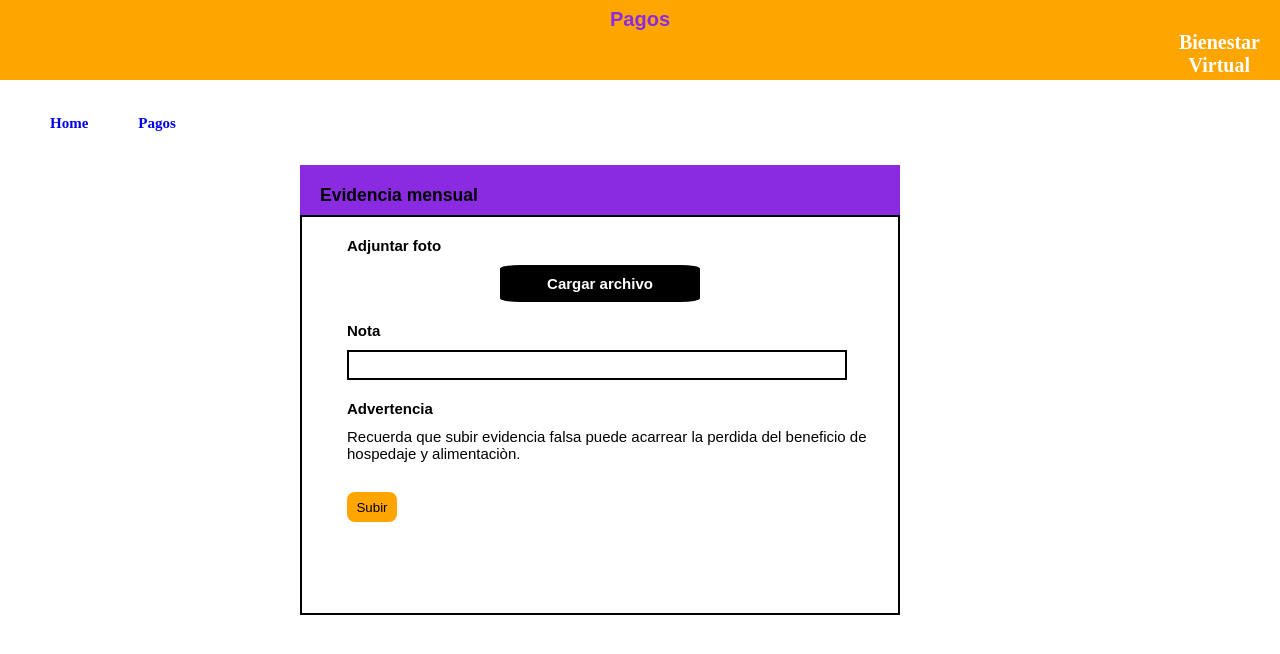
Repository: Diani123/Mis-actividades
Page: softwarebienestarinstitucional/pagos.html
An editor plug-in stored every save of this project. The page is shown before and after the next save, followed by the edit.
The browser window is 1280 px wide. The pictures show the whole page.

Above is the page before, as saved 2023-02-12 20:03:02.

After the next save:
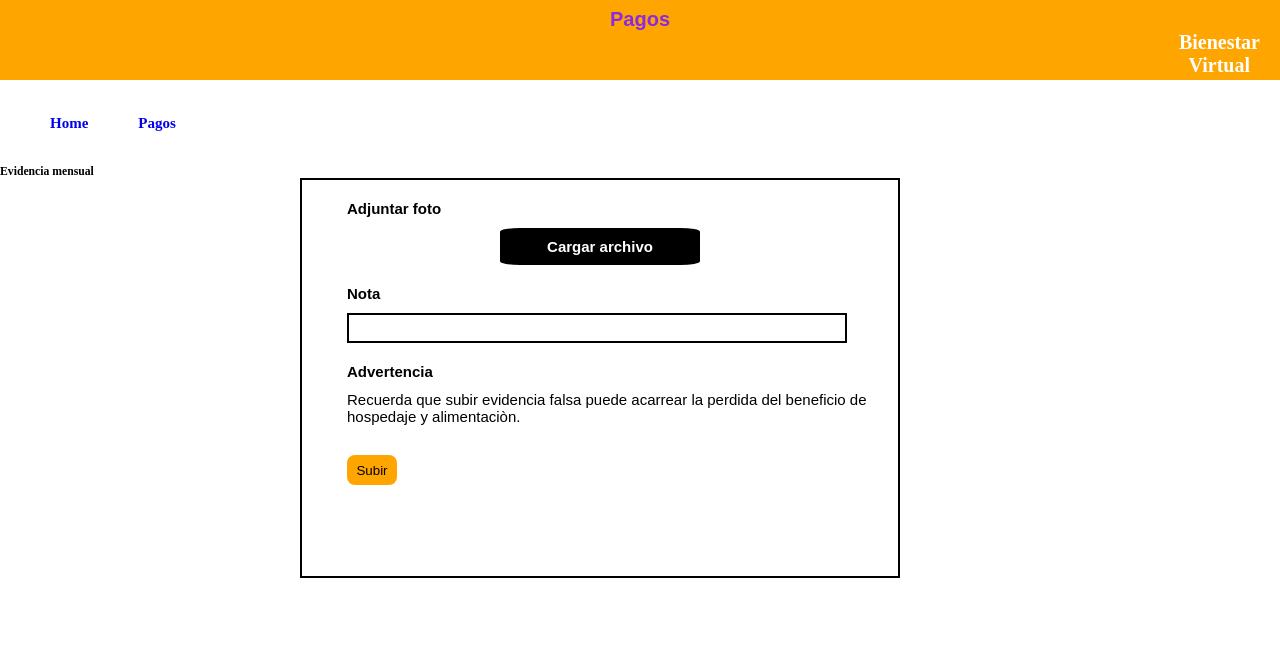
Saved 26 s later.
--- a/softwarebienestarinstitucional/pagos.css
+++ b/softwarebienestarinstitucional/pagos.css
@@ -52,6 +52,7 @@
   .item{
     text-decoration: none;
   }
+  .tem:
 
 
   .ContainerTitle {

After the 2 saves that followed:
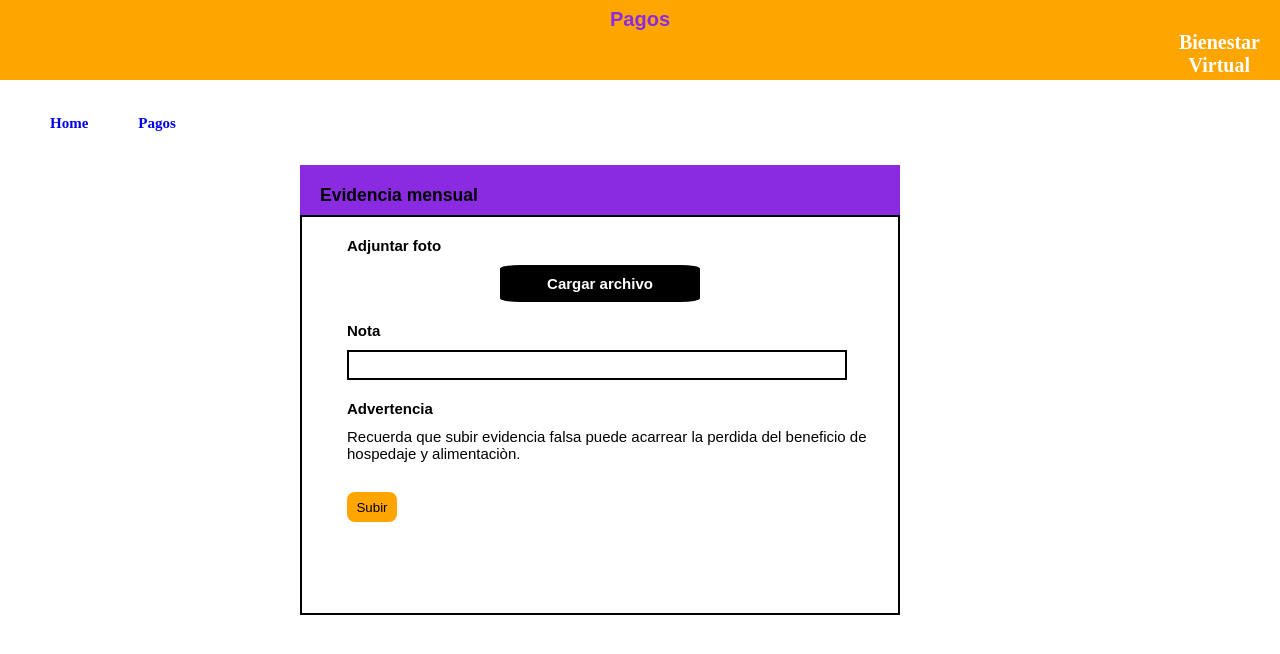
The 2 saves are shown as one change because they came seconds apart.
The last was saved 7 s later.
--- a/softwarebienestarinstitucional/pagos.css
+++ b/softwarebienestarinstitucional/pagos.css
@@ -52,7 +52,9 @@
   .item{
     text-decoration: none;
   }
-  .tem:
+  .item:hover{
+
+  }
 
 
   .ContainerTitle {
